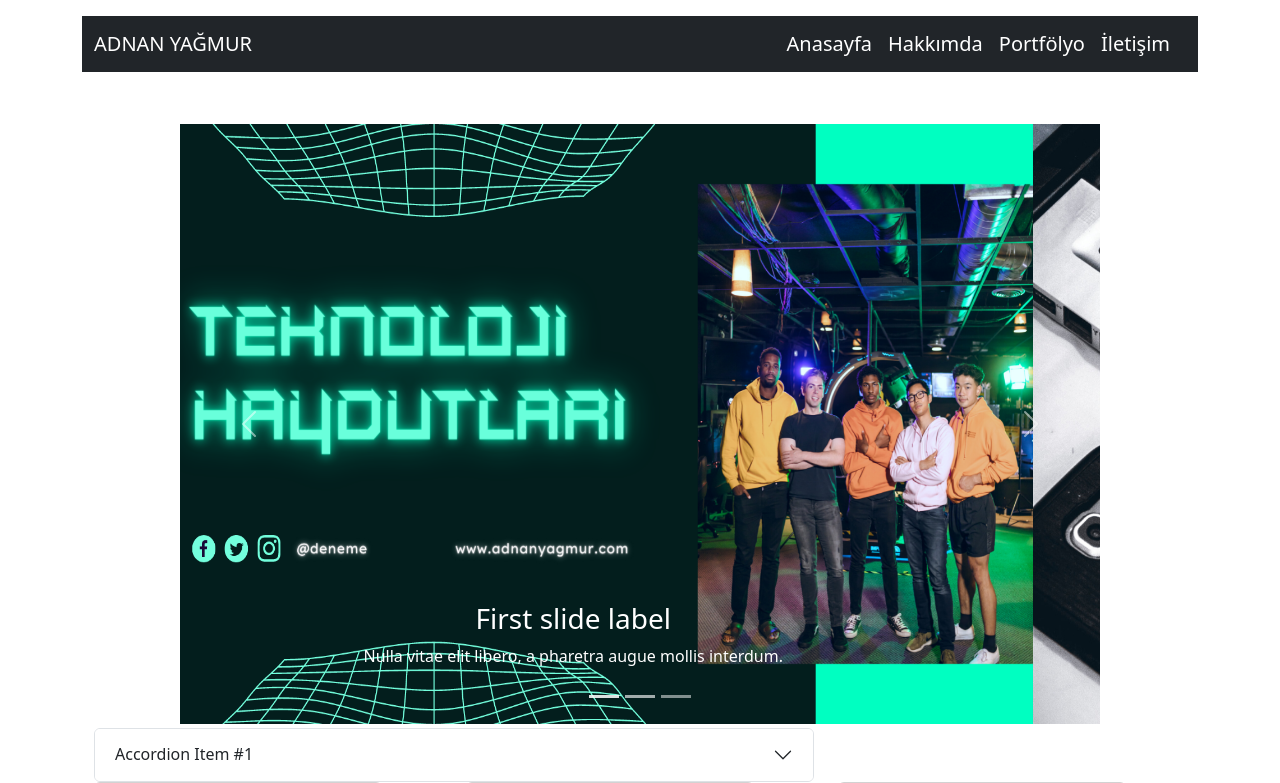
Repository: adnanyagmur/react-bootstrap-example
Page: /
An editor plug-in stored every save of this project. The page is shown before and after the next save, followed by the edit.
The browser window is 1280 px wide. The pictures show the part of the page from y = 0 to 783 px (the page is 1738 px tall before and 1784 px after).
Pictures or frames that could not be fetched are drawn as grey boxes. The project was rebuilt for these pictures with package versions that can differ from the ones it lists, and the page was loaded fresh each time.

Above is the page before, as saved 2022-06-29 11:44:50.

After the next save:
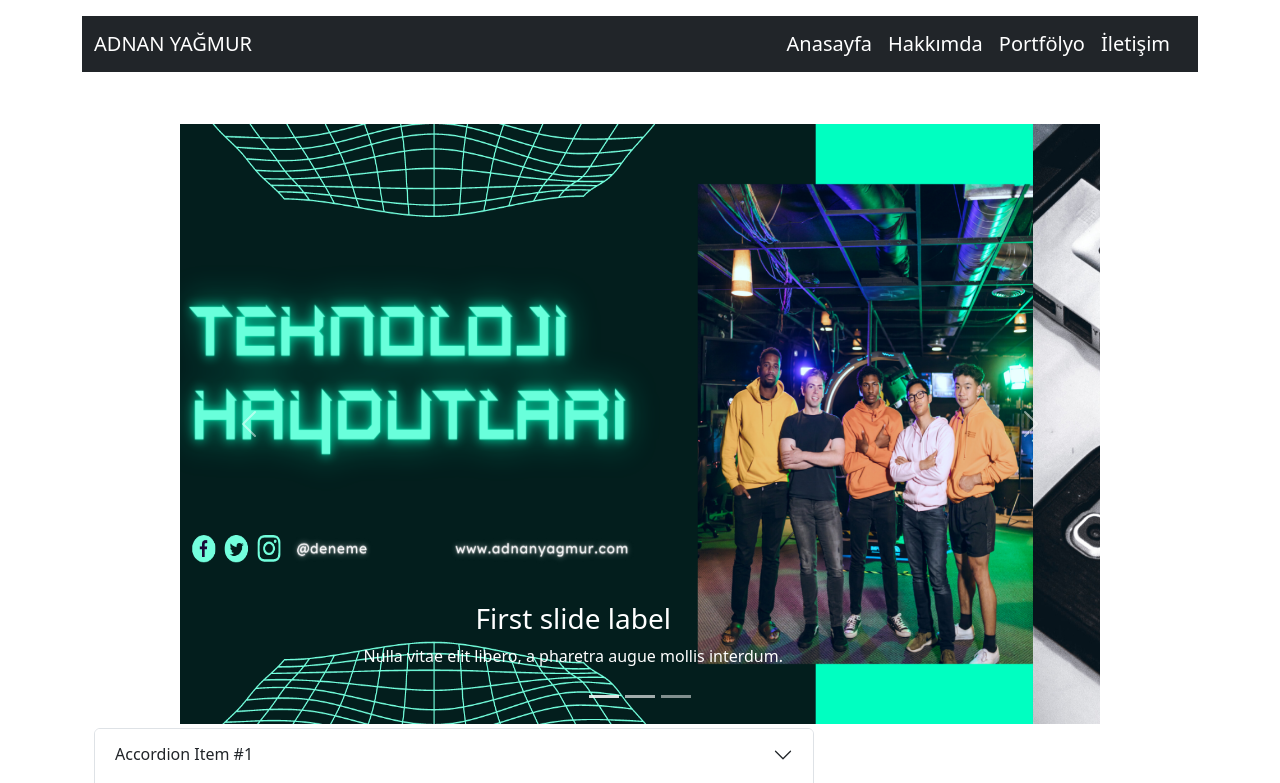
Saved 44 s later.
--- a/src/appComponents/AppContainer.jsx
+++ b/src/appComponents/AppContainer.jsx
@@ -7,7 +7,7 @@
         <Row>
         <Col sm={8}>
     <Accordion >
-  <Accordion.Item eventKey="0">
+  <Accordion.Item eventKey="0" style={{height:"100px"}}>
     <Accordion.Header>Accordion Item #1</Accordion.Header>
     <Accordion.Body>
       Lorem ipsum dolor sit amet, consectetur adipiscing elit, sed do eiusmod

After the save that followed:
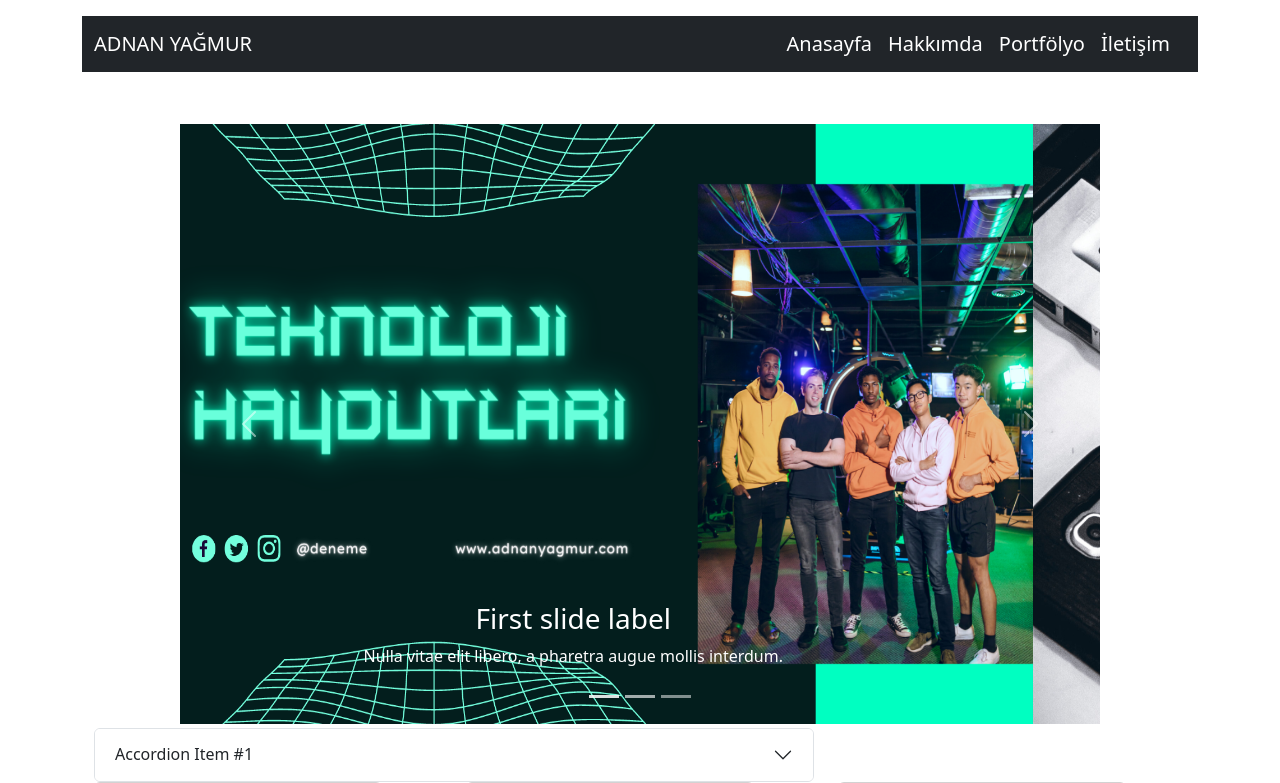
Saved 18 s later.
--- a/src/appComponents/AppContainer.jsx
+++ b/src/appComponents/AppContainer.jsx
@@ -7,7 +7,7 @@
         <Row>
         <Col sm={8}>
     <Accordion >
-  <Accordion.Item eventKey="0" style={{height:"100px"}}>
+  <Accordion.Item eventKey="0" >
     <Accordion.Header>Accordion Item #1</Accordion.Header>
     <Accordion.Body>
       Lorem ipsum dolor sit amet, consectetur adipiscing elit, sed do eiusmod
